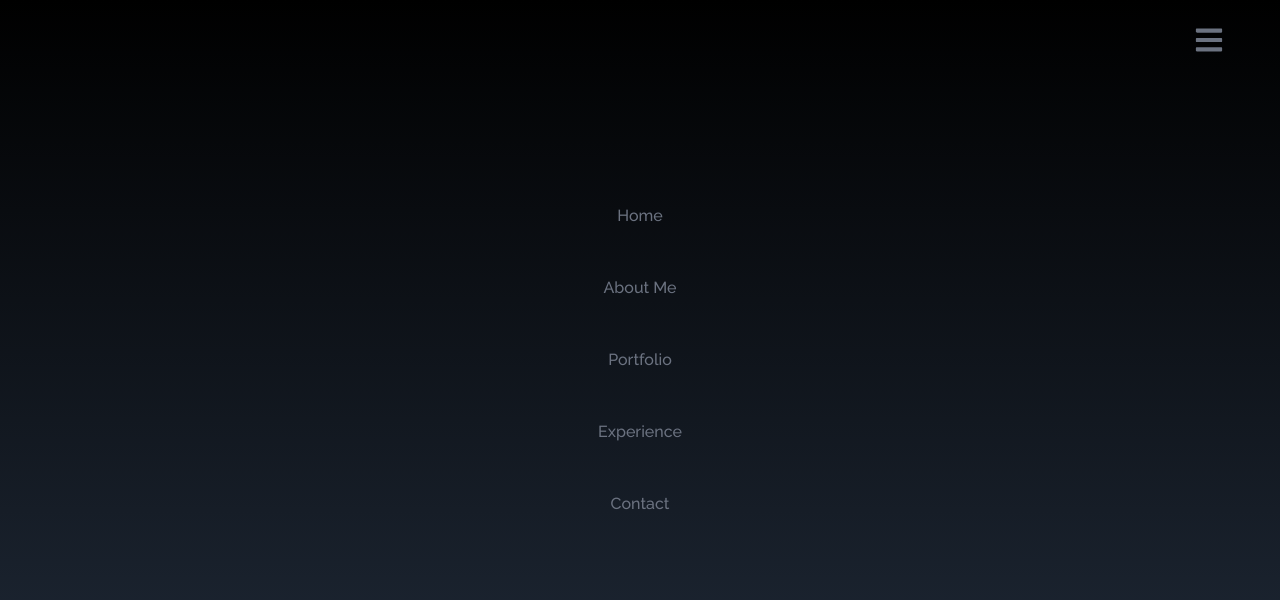
Repository: shikubro90/portfolio2
Page: /
An editor plug-in stored every save of this project. The page is shown before and after a run of saves, followed by the edit.
The browser window is 1280 px wide. The pictures show the whole page.
The project was rebuilt for these pictures with package versions that can differ from the ones it lists, and the page was loaded fresh each time.

Above is the page before, as saved 2022-08-20 02:46:20.

### src/index.css
@import url('https://fonts.googleapis.com/css2?family=Raleway:ital,wght@0,200;0,300;0,400;0,500;0,600;0,700;0,800;0,900;1,100;1,200;1,300;1,400;1,500;1,600;1,700;1,800;1,900&display=swap');

@import url('https://fonts.googleapis.com/css2?family=Great+Vibes&display=swap');

@tailwind base;
@tailwind components;
@tailwind utilities;

@layer base{
  html{
    font-family: 'Raleway', sans-serif;
  }
}

### src/App.js
import Navbar from "./components/Navbar";

function App() {
  return (
    <div>
      <Navbar/>
    </div>
  );
}

export default App;

### src/components/Navbar.jsx
import React, { useState } from 'react'
import {FaBars, FaTimes} from 'react-icons/fa'

const Navbar = () => {

  const [nav, setNav] = useState(true)

  const links =[
    {
      id : 1,
      link : "Home"
    },
    {
      id : 2,
      link : "About Me"
    },
    {
      id : 3,
      link : "Portfolio"
    },
    {
      id : 4,
      link : "Experience"
    },
    {
      id : 5,
      link : "Contact"
    },
  ]

  return (
    <div className='bg-black text-white flex justify-between items-center px-4 fixed w-full h-20'>
      <div>
        <h1 className='text-4xl font-signature ml-2'>Shiku</h1>
      </div>

        <ul className='hidden md:flex'>
          {
            links.map((link)=>{
              return(
                <li key={link.id} className='px-4 cursor-pointer capitalize font-medium text-gray-500 hover:scale-105 duration-200 '>
                  {link.link}
                </li>
              )
            })
          }
        </ul>
        <div onClick={()=>{return setNav(!nav)}} className='cursor-pointer pr-10 z-10 text-gray-500'>
          {nav? <FaBars size={30}/> : <FaTimes size={30}/>  }
        </div>

        <ul className='absolute top-0 left-0 w-full flex flex-col items-center justify-center h-screen bg-gradient-to-b from-black to-gray-800 text-gray-500'>
          {
            links.map(({id, link})=>{
              return(
                <li key={id} className='px-4 py-6 cursor-pointer capitalize font-medium text-gray-500 hover:scale-105 duration-200 '>
                    {link}
                </li>
              )
            })
          }

        </ul>
    </div>
  )
}

export default Navbar

### tailwind.config.js
/** @type {import('tailwindcss').Config} */
module.exports = {
  content: [
    "./src/**/*.{js,jsx,ts,tsx}",
  ],
  theme: {
    extend: {},
    fontFamily: {
      signature : ["Great Vibes"],
    }
  },
  plugins: [],
}

Loaded but not shown: public/index.html (common file); src/index.js (common file)

After the next 3 saves:
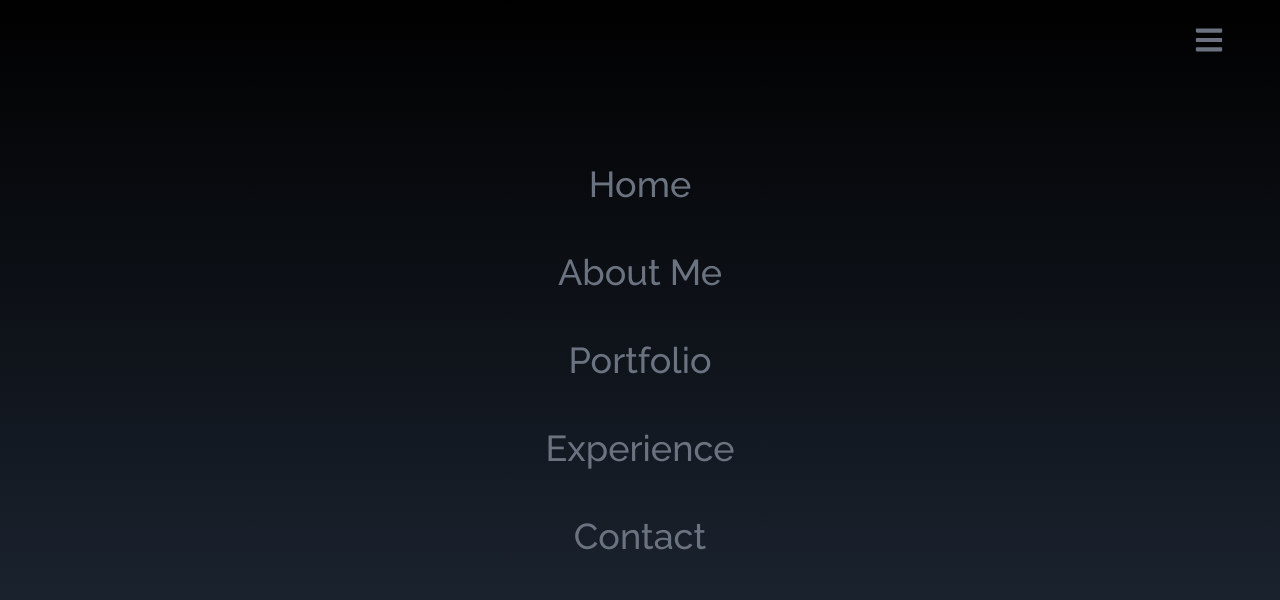
The 3 saves are shown as one change because they came seconds apart.
The last was saved 13 s later.
--- a/src/components/Navbar.jsx
+++ b/src/components/Navbar.jsx
@@ -53,7 +53,7 @@
           {
             links.map(({id, link})=>{
               return(
-                <li key={id} className='px-4 py-6 cursor-pointer capitalize font-medium text-gray-500 hover:scale-105 duration-200 '>
+                <li key={id} className='px-4 py-6 text-4xl cursor-pointer capitalize font-medium text-gray-500 hover:scale-105 duration-200 '>
                     {link}
                 </li>
               )
